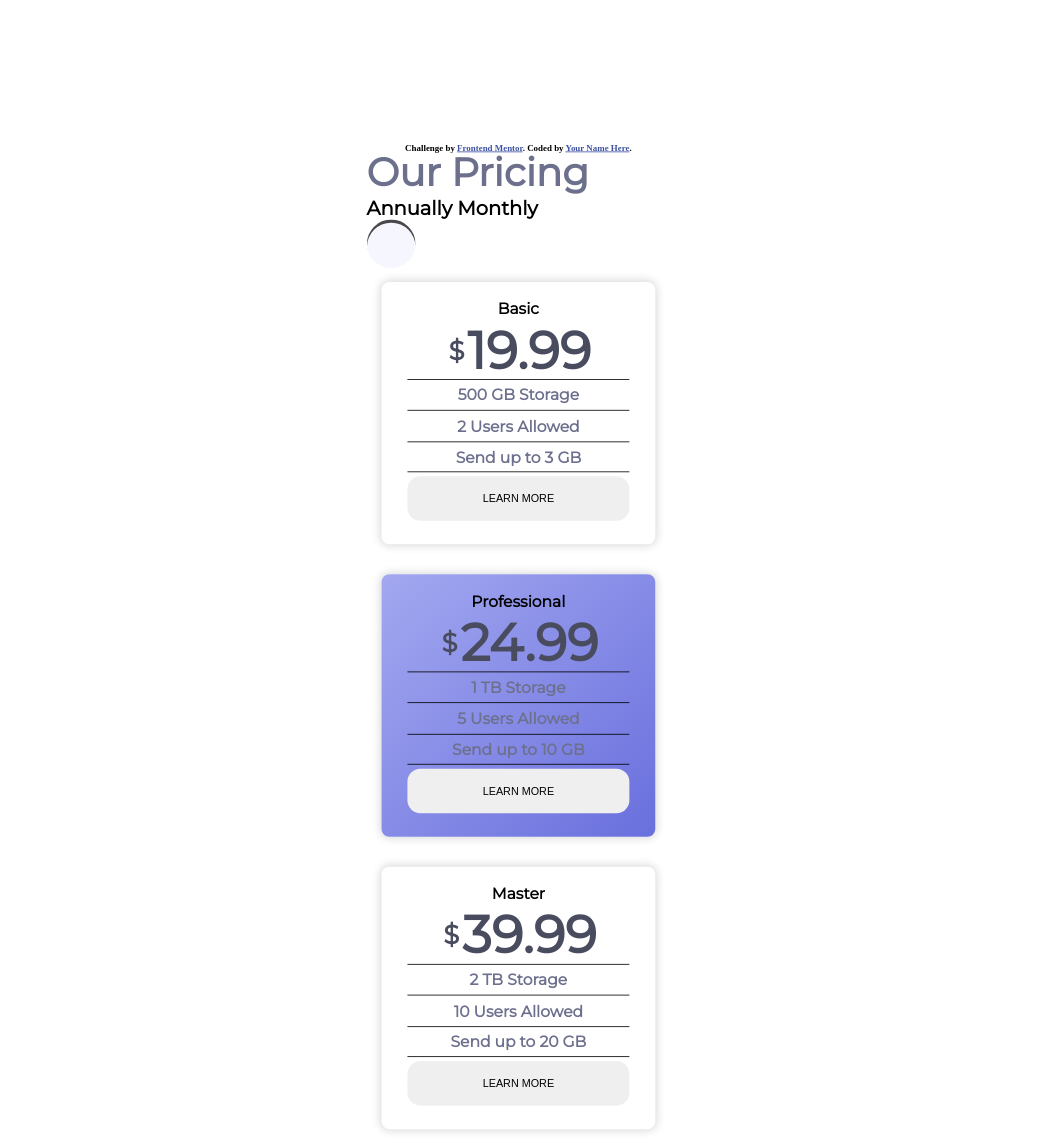
Repository: JuzzJoel/pricing-component-with-toggle-master
Page: index.html
The author's editor kept a copy of each file at every save. The page is drawn from the files as they stood at one save, then again after a run of saves.
The browser window is 1280 px wide. The pictures show the whole page, at 81% of full size.

Above is the page before, as saved 2025-05-24 11:27:34.

After the next 2 saves:
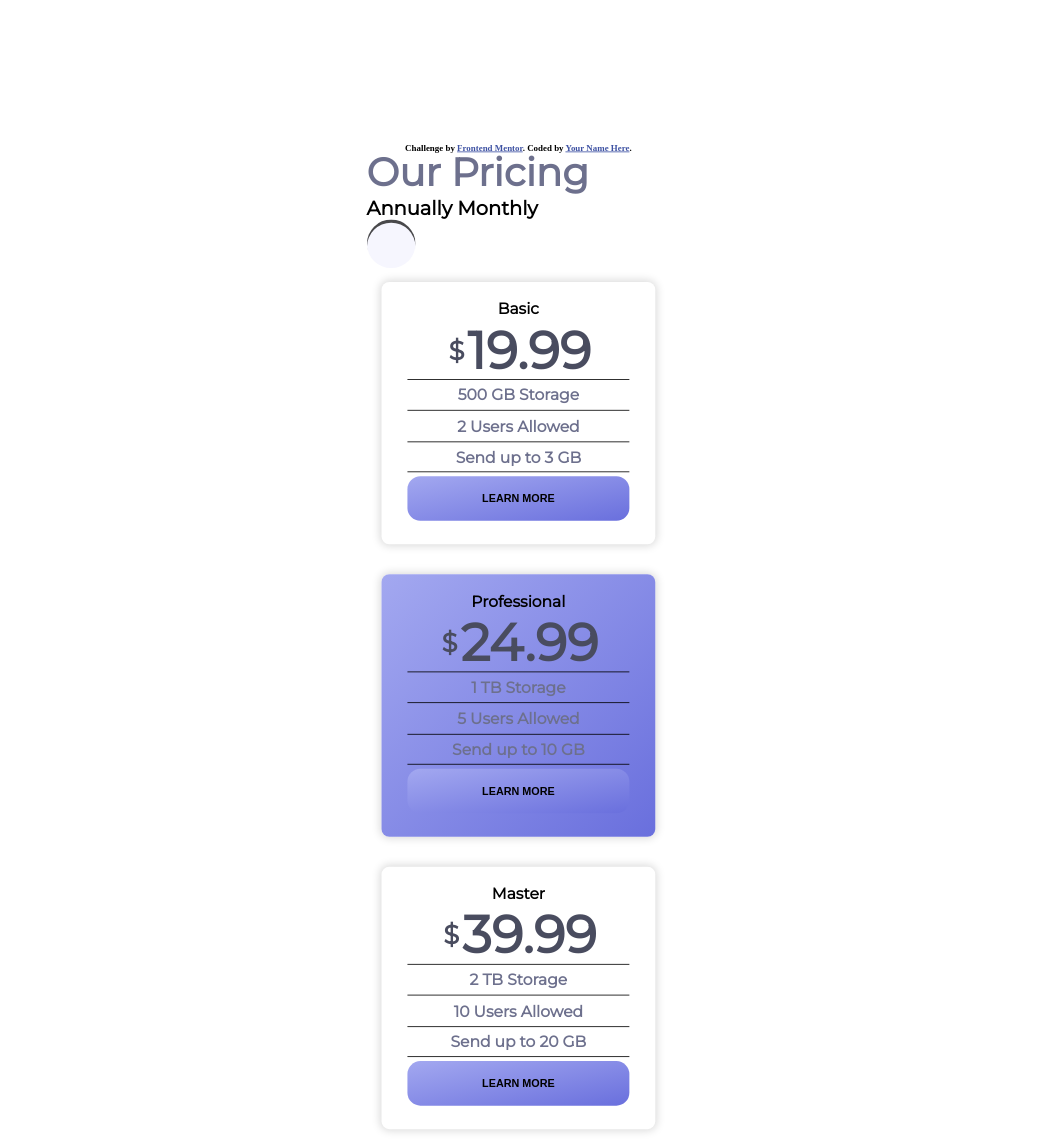
The 2 saves are shown as one change because they came seconds apart.
The last was saved 6 s later.
--- a/index.html
+++ b/index.html
@@ -187,7 +187,7 @@ font-size: 1.5rem;
     border: none;
     padding: 1.25rem 2.5rem;
     text-transform: uppercase;
-bg
+background: var(--linear-gradient);
     font-weight: 700;
   }
 
